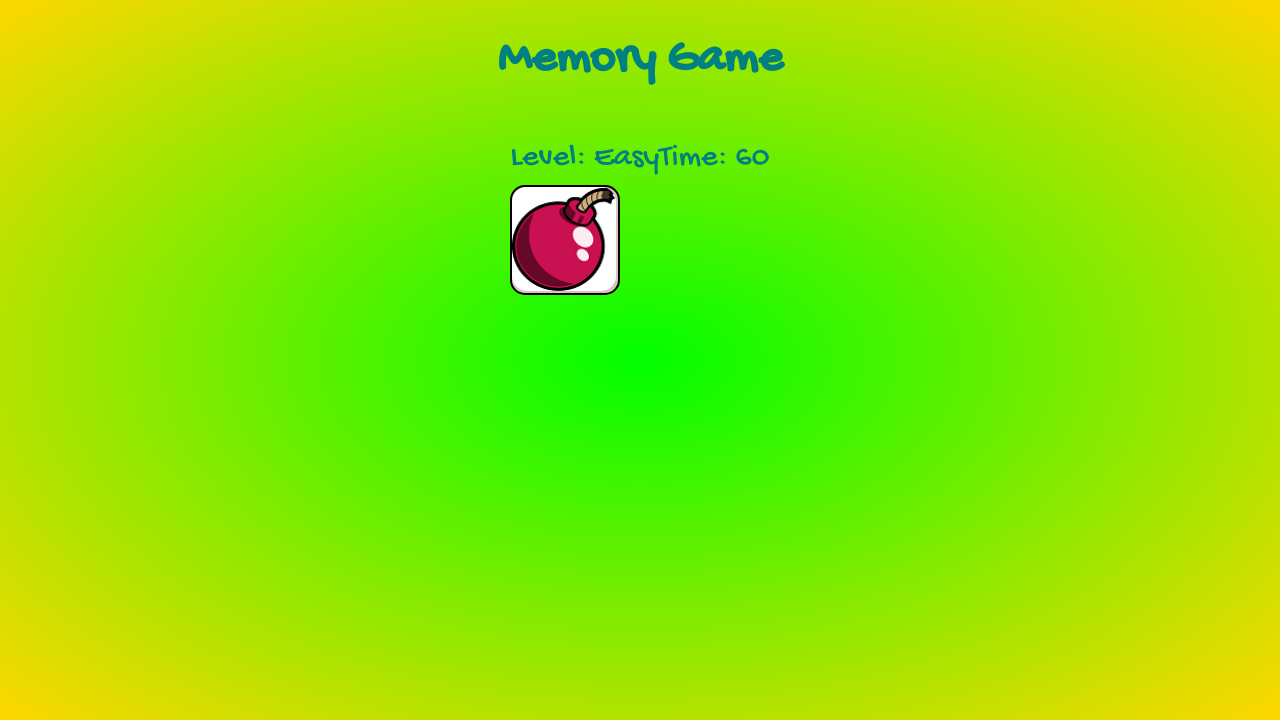
Repository: lauramika/Memory-Game
Page: index.html
The author's editor kept a record of every edit. The page is drawn from the files as they stood at one moment, then again after the next edit.
The browser window is 1280 px wide. The pictures show the whole page.

Above is the page before.

After the next edit:
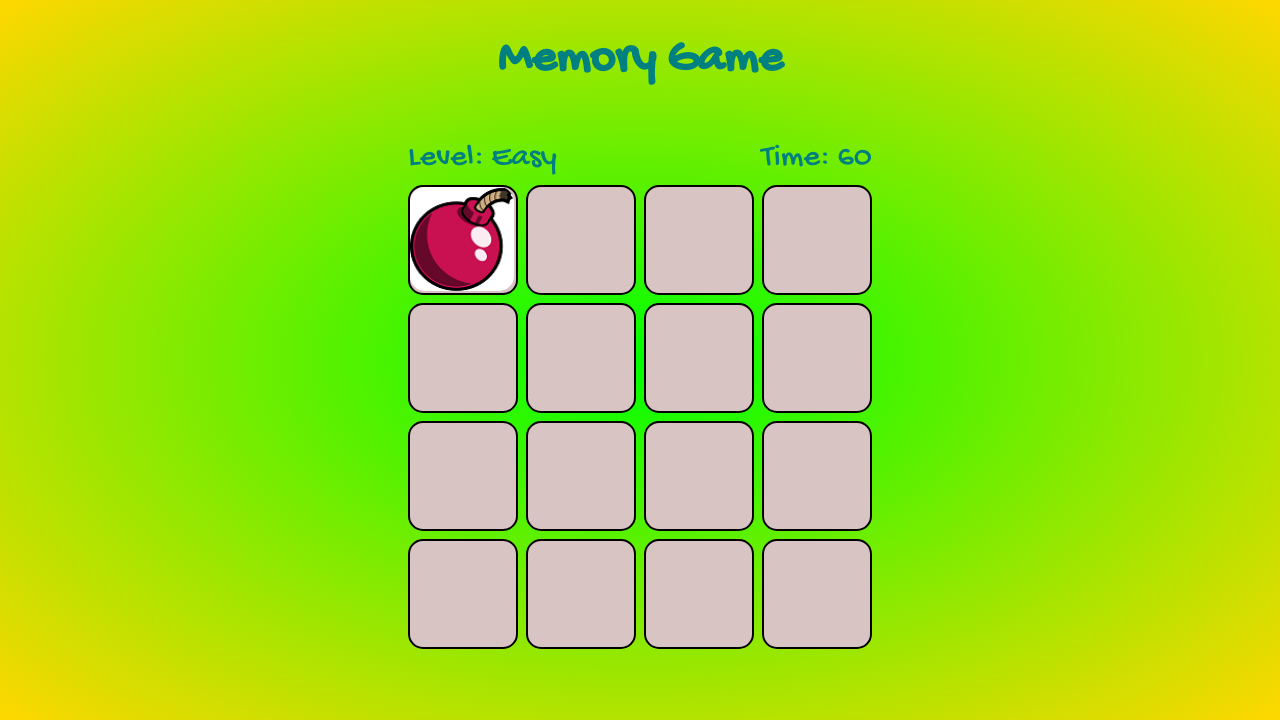
The edit:
--- a/index.html
+++ b/index.html
@@ -19,7 +19,7 @@
                 <div class="back-face">
                    <img src="images/bomb.png"></img>
                 </div>
-                <!--<div class="front-face">
+                <div class="front-face">
 
                 </div>
             </div>
